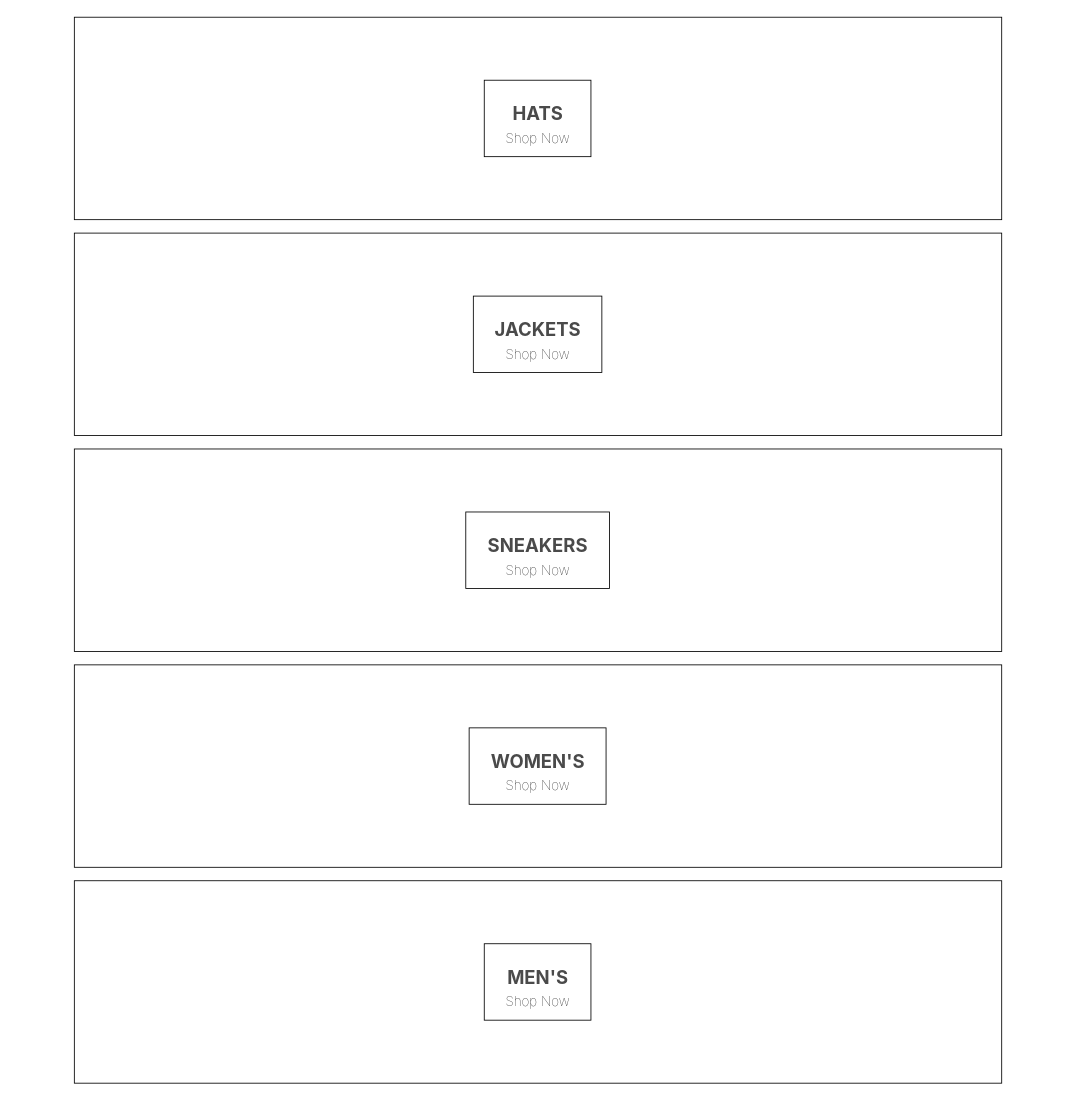
Repository: MikeTroianello/commerce-store
Page: /
An editor plug-in stored every save of this project. The page is shown before and after the next save, followed by the edit.
The browser window is 1280 px wide. The pictures show the whole page, at 84% of full size.
The project was rebuilt for these pictures with package versions that can differ from the ones it lists, and the page was loaded fresh each time. Also part of the build but not shown: src/App.css.

Above is the page before, as saved 2019-09-07 09:35:27.

After the next save:
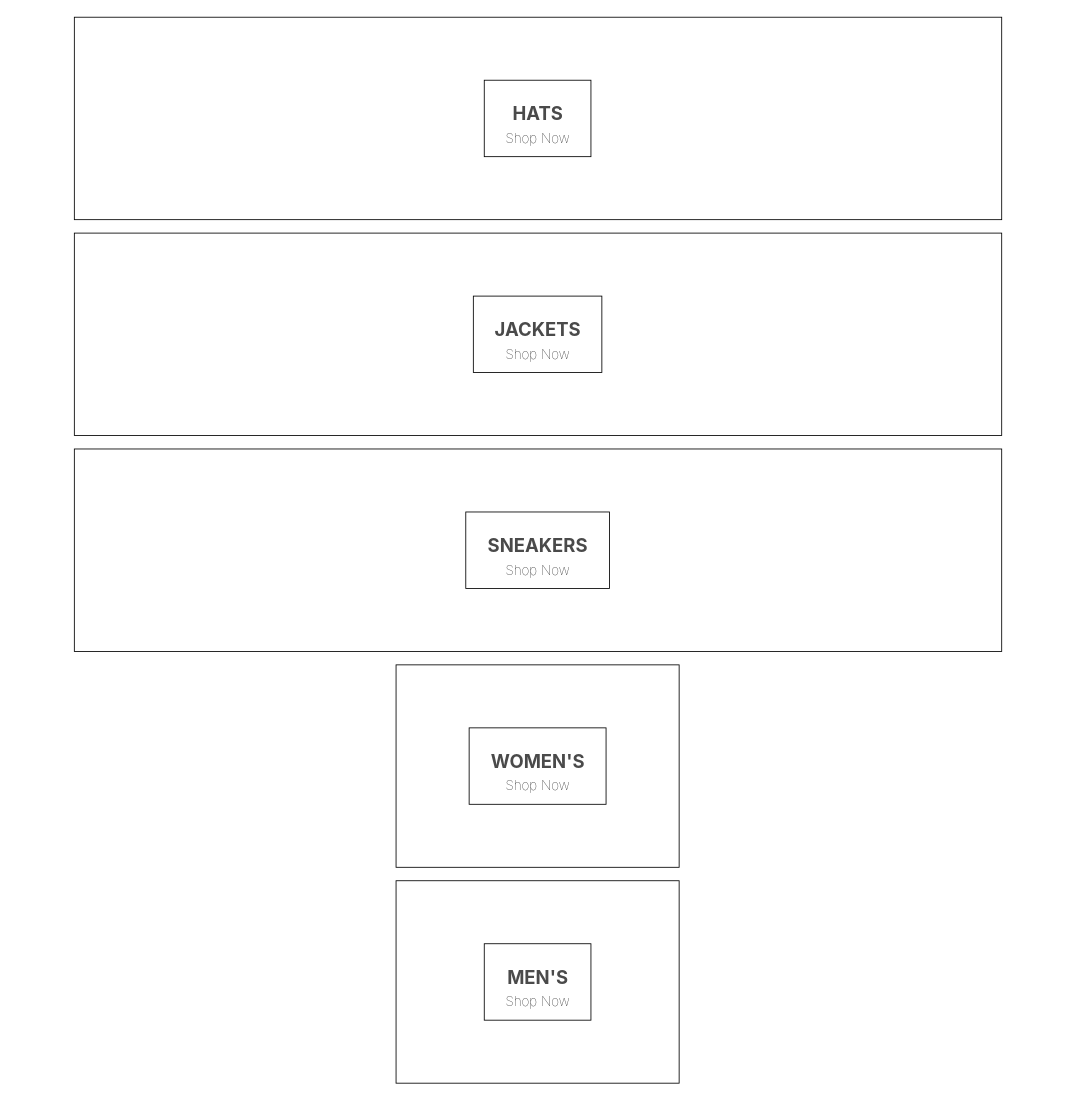
Saved 2 days later.
--- a/src/Homepage.component.js
+++ b/src/Homepage.component.js
@@ -28,20 +28,16 @@ export default function Homepage() {
           </div>
         </div>
       </div>
-      <div className='directory-menu'>
-        <div className='menu-item'>
-          <div className='content'>
-            <h1 className='title'>WOMEN'S</h1>
-            <span className='subtitle'>Shop Now</span>
-          </div>
+      <div className='menu-item'>
+        <div className='content'>
+          <h1 className='title'>WOMEN'S</h1>
+          <span className='subtitle'>Shop Now</span>
         </div>
       </div>
-      <div className='directory-menu'>
-        <div className='menu-item'>
-          <div className='content'>
-            <h1 className='title'>MEN'S</h1>
-            <span className='subtitle'>Shop Now</span>
-          </div>
+      <div className='menu-item'>
+        <div className='content'>
+          <h1 className='title'>MEN'S</h1>
+          <span className='subtitle'>Shop Now</span>
         </div>
       </div>
     </div>
